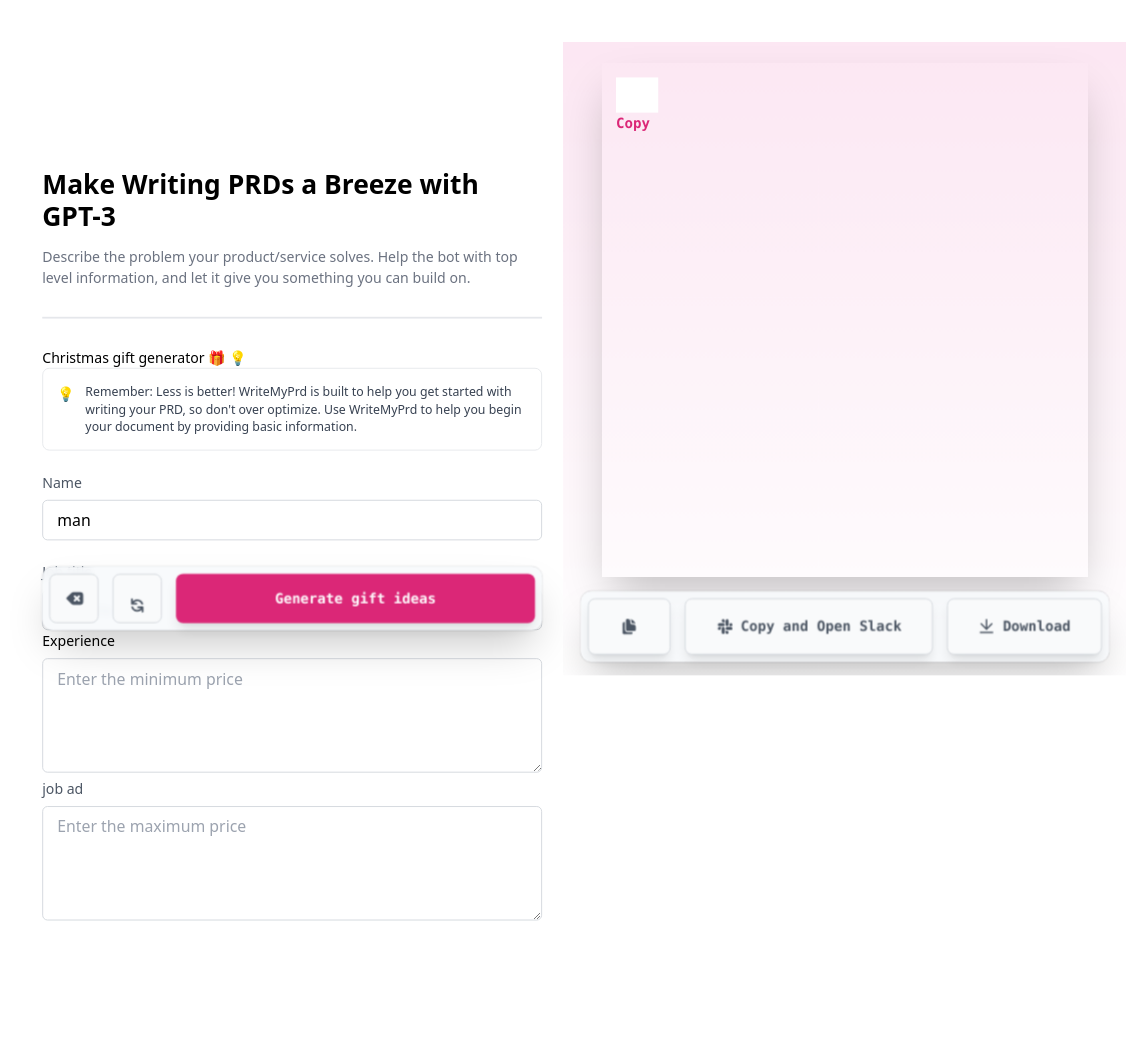
Repository: hamza-mastar/chatgpt-jpbad
Page: /
These files come from the project's save history. The page is drawn as it stood at one moment and after the next save; the edit follows.
The browser window is 1280 px wide. The pictures show the whole page, at 88% of full size.
The project was rebuilt for these pictures with package versions that can differ from the ones it lists, and the page was loaded fresh each time. The framework's server and built-in components were replaced by stand-ins that run in the browser.

Above is the page before, as saved 2023-01-30 16:39:46.

### pages/_app.js
import 'tailwindcss/tailwind.css'

import '../styles/globals.css'

export default function MyApp({ Component, pageProps }) {
  return <Component {...pageProps} />
}

### pages/index.js
import Head from 'next/head';
import React from 'react';
import { useState } from 'react';
import ReactDOM from 'react-dom';
import {CopyToClipboard} from 'react-copy-to-clipboard';

import styles from './index.module.css';


// import './gifts.css'







export default function Home() {
  const [name, setName] = useState('man');
  const [job_title, setJob_title] = useState("");
  const [experience, setExperience] = useState("");
  const [job_ad, setJob_ad] = useState("");

  const [loading, setLoading] = useState(false);

  const [result, setResult] = useState('');


  const [copy,setCopy] = useState(false)

  async function onSubmit(event) {
    event.preventDefault();
    if (loading) {
      return;
    }
    setLoading(true);
    setResult('hamza');
    const response = await fetch('/api/generate-gifts', {
      method: 'POST',
      headers: {
        'Content-Type': 'application/json',
      },
      body: JSON.stringify({ name, job_title, experience, job_ad}),
    });
    const data = await response.json();
    setResult(data.result.replaceAll('\n', '<br />'));
    setLoading(false);

  }


  return (
    <>



    <body class="h-full px-5 sm:px-6">
      <div class="flex relative sm:flex-col md: flex-col">

      <Head>
        <title>OpenAI Quickstart</title>
        <link rel="icon" href="/dog.png" />
      </Head>

      <main className={styles.main}>
     <div class="min-h-screen w-full lg:w-1/2 relative">
    <div class="h-full px-5 sm:px-6">
      <div class="h-full w-full max-w-xl mx-auto flex flex-col after:mt-auto after:flex-1">
        <header class="sm:flex-1 flex mb-auto sm:py-10 pt-6 items-center sm:justify-between flex-col sm:flex-row" >
          <div class="flex items-center justify-between h-24 md:h-20"> </div>

            {/* logo icone login  */}
            </header>
            <div class="flex-1 py-8">
           <div  class="mb-4" >
           <h1 class="text-3xl font-bold font-inter mb-2"> Make Writing PRDs a Breeze with GPT-3 </h1>
           <div class="text-gray-500 mt-4 mb-6"> Describe the problem your product/service solves. Help the bot with top level information, and let it give you something you can build on. </div>
           <div class="divide-y divide-gray-200 my-8 relative border"></div>





        <h3  >Christmas gift generator 🎁 💡</h3>
        <form  onSubmit={onSubmit} class="mb-12 relative">
        <div class="rounded-lg bg-white border p-4"><div class="flex"><div class="flex-shrink-0">💡</div><div class="ml-3 flex-1 md:flex md:justify-between"><p class="text-sm text-gray-700 font-medium"> Remember: Less is better! WriteMyPrd is built to help you get started with writing your PRD, so don't over optimize. Use WriteMyPrd to help you begin your document by providing basic information. </p></div></div></div>
        <div>
          <div class="py-6">
          <label class="relative transition text-gray-600 focus-within:text-gray-800 block" >Name</label>
          <input class="outline-none focus:outline-none text-lg bg-white rounded-md px-4 py-2 w-full border  focus:border-gray-400 border-gray-300 font-regular mt-2 transition-all undefined "
            type="text"
            name="name"
            placeholder="Enter the Name"
            value={name}
            onChange={(e) => setName(e.target.value)}
          />
          </div>


          <label class="relative transition text-gray-600 focus-within:text-gray-800 block">Job title</label>
          <input class="outline-none focus:outline-none text-lg bg-white rounded-md px-4 py-2 w-full border  focus:border-gray-400 border-gray-300 font-regular mt-2 transition-all undefined "
            type="text"
            name="job_title"
            placeholder="Job title"
            value={job_title}
            onChange={(e) => setJob_title(e.target.value)}
          />

          <label>Experience </label>
          <textarea class="form-textarea outline-none focus:outline-none text-lg bg-white rounded-md px-4 py-2 w-full border  focus:border-gray-400 border-gray-300 font-regular mt-2 transition-all undefined " rows="4"
          type="textarea"
          name="experience"
          placeholder="Enter the minimum price"
          value={experience}
          onChange={(e) => setExperience(e.target.value)} >

            </textarea>

          <label class="relative transition text-gray-600 focus-within:text-gray-800 block"> job ad</label>
          <textarea class="form-textarea outline-none focus:outline-none text-lg bg-white rounded-md px-4 py-2 w-full border  focus:border-gray-400 border-gray-300 font-regular mt-2 transition-all undefined " rows="4"
            type="text"
            name="job_ad"
            placeholder="Enter the maximum price"
            value={job_ad}
            onChange={(e) => setJob_ad(e.target.value)}
          ></textarea>


          <div class="sticky bottom-1 left-0 right-0 px-2 py-2 font-semibold text-sm text-slate-900 bg-slate-50/90 backdrop-blur-sm ring-1 ring-slate-900/10 space-x-4 rounded-xl shadow-2xl">
            <div class="flex gap-4 text-white text-sm font-bold font-mono leading-6 bg-stripes-indigo rounded-lg">
            <button id="clearAll" class="p-4 w-14 h-14 flex-none rounded-lg flex items-center justify-center bg-gray-50 border border-gray-300 text-gray-600 hover:bg-gray-100"><div tooltip="Clear All" position="top" class="w-full" data-v-47bc123b=""><svg class="w-6 h-6" fill="currentColor" viewBox="0 0 20 20" xmlns="http://www.w3.org/2000/svg"><path fill-rule="evenodd" d="M6.707 4.879A3 3 0 018.828 4H15a3 3 0 013 3v6a3 3 0 01-3 3H8.828a3 3 0 01-2.12-.879l-4.415-4.414a1 1 0 010-1.414l4.414-4.414zm4 2.414a1 1 0 00-1.414 1.414L10.586 10l-1.293 1.293a1 1 0 101.414 1.414L12 11.414l1.293 1.293a1 1 0 001.414-1.414L13.414 10l1.293-1.293a1 1 0 00-1.414-1.414L12 8.586l-1.293-1.293z" clip-rule="evenodd"></path></svg></div></button>
            <button id="re-generate-prd" class="w-14 h-14 flex-none rounded-lg flex items-center justify-center bg-gray-50 border border-gray-300 text-gray-600 hover:bg-gray-100"><div tooltip="Re-generate PRD" position="top" class="w-full" data-v-47bc123b=""><svg class="w-full mt-[30%] h-5 text-gray-600 mr-1" fill="currentColor" viewBox="0 0 20 20" xmlns="http://www.w3.org/2000/svg"><path fill-rule="evenodd" d="M4 2a1 1 0 011 1v2.101a7.002 7.002 0 0111.601 2.566 1 1 0 11-1.885.666A5.002 5.002 0 005.999 7H9a1 1 0 010 2H4a1 1 0 01-1-1V3a1 1 0 011-1zm.008 9.057a1 1 0 011.276.61A5.002 5.002 0 0014.001 13H11a1 1 0 110-2h5a1 1 0 011 1v5a1 1 0 11-2 0v-2.101a7.002 7.002 0 01-11.601-2.566 1 1 0 01.61-1.276z" clip-rule="evenodd"></path></svg></div></button>

          <input class="sm:p-4 p-3 pt-4 grow rounded-lg flex items-center justify-center bg-pink-600 hover:bg-pink-800 shadow-lg text-xs sm:text-base" type="submit" value="Generate gift ideas" />
          </div>
          </div>
          </div>
        </form>
        </div>
       </div>
        </div>
        </div>
          </div>

          {/* loging page ////////////////// */}

          <div class="relative  lg:fixed right-0 bottom-0 lg:block lg:w-1/2 overflow-hidden sm:px-5 lg:h-full h-auto  top-12">
            <div class="absolute inset-0 bg-gradient-to-b from-pink-100 to-white  -z-10" >
              <div class="relative lg:fixed right-0 bottom-0 lg:block lg:w-1/2 overflow-hidden sm:px-5 lg:h-full h-auto overflow-y-auto top-12">
                {/* <div class="h-auto"> */}
                <div class="p-6 pb-0 h-[calc(100vh-6rem)]" >
                <div class="form-textarea relative text-base  w-full p-4 px-8 overflow-scroll h-[calc(100%-1rem)] shadow-2xl flex items-center justify-center" >
                <div class="text-pink-600 font-mono text-left text-base font-semibold absolute top-4 left-4">
        {loading && (
          <div>
            <h3>Looking for the best gift ideas 🎁 💡</h3>
            <img src="/loading.gif" className={styles.loading} />
          </div>



        )}
        <div type="text" onChange={(e)=>seResult(e.target.result.replaceAll('\n', '<br/>'))}
        class="whitespace-pre-wrap text-gray-800 bg-white h-auto text-lg divide-y px-4 pt-5 pb-4 sm:p-6 sm:pb-4 "
          className={styles.result}
          dangerouslySetInnerHTML={{ __html: result }}



        />


      <CopyToClipboard text={result}
          onCopy={() =>setCopy(true)}>
           <button className={`${copy ? 'copied' : 'copy' }`}>
             {copy ? 'Copied' : "Copy"}
           </button>
        </CopyToClipboard>


        </div>

        </div>


        </div>
        <div class="sticky bottom-1 left-0 right-0 px-2 py-2 font-semibold text-sm text-slate-900 bg-slate-50/90 backdrop-blur-sm ring-1 ring-slate-900/10 space-x-4 rounded-xl shadow-2xl">
            <div class="flex gap-4 text-white text-sm font-bold font-mono leading-6 bg-stripes-indigo rounded-lg">
  <button class="grow h-16 p-0 sm:p-[1.1rem] w-20 sm:w-auto h-auto rounded-lg flex items-center justify-center bg-gray-50 border-gray-300 text-gray-600 hover:bg-gray-100 shadow-lg border"><svg xmlns="http://www.w3.org/2000/svg" viewBox="0 0 24 24" fill="currentColor" class="h-5 w-5 flex-shrink-0 text-gray-600"><path d="M7.5 3.375c0-1.036.84-1.875 1.875-1.875h.375a3.75 3.75 0 013.75 3.75v1.875C13.5 8.161 14.34 9 15.375 9h1.875A3.75 3.75 0 0121 12.75v3.375C21 17.16 20.16 18 19.125 18h-9.75A1.875 1.875 0 017.5 16.125V3.375z"></path><path d="M15 5.25a5.23 5.23 0 00-1.279-3.434 9.768 9.768 0 016.963 6.963A5.23 5.23 0 0017.25 7.5h-1.875A.375.375 0 0115 7.125V5.25zM4.875 6H6v10.125A3.375 3.375 0 009.375 19.5H16.5v1.125c0 1.035-.84 1.875-1.875 1.875h-9.75A1.875 1.875 0 013 20.625V7.875C3 6.839 3.84 6 4.875 6z"></path></svg>
  </button>
  <button class="p-4 grow w-auto h-16 rounded-lg flex items-center justify-center bg-gray-50 border border-gray-300 text-gray-600 hover:bg-gray-100 shadow-lg text-xs sm:text-base"><svg fill="currentColor" class="h-5 w-5 flex-shrink-0 text-gray-600 mr-2" viewBox="0 0 24 24" xmlns="http://www.w3.org/2000/svg"><path d="M6.194 14.644c0 1.16-.943 2.107-2.103 2.107a2.11 2.11 0 0 1-2.104-2.107 2.11 2.11 0 0 1 2.104-2.106h2.103v2.106zm1.061 0c0-1.16.944-2.106 2.104-2.106a2.11 2.11 0 0 1 2.103 2.106v5.274a2.11 2.11 0 0 1-2.103 2.106 2.108 2.108 0 0 1-2.104-2.106v-5.274zm2.104-8.455c-1.16 0-2.104-.948-2.104-2.107s.944-2.106 2.104-2.106a2.11 2.11 0 0 1 2.103 2.106v2.107H9.359zm0 1.06a2.11 2.11 0 0 1 2.103 2.107 2.11 2.11 0 0 1-2.103 2.106H4.092a2.11 2.11 0 0 1-2.104-2.106 2.11 2.11 0 0 1 2.104-2.107h5.267zm8.447 2.107c0-1.16.943-2.107 2.103-2.107a2.11 2.11 0 0 1 2.104 2.107 2.11 2.11 0 0 1-2.104 2.106h-2.103V9.356zm-1.061 0c0 1.16-.944 2.106-2.104 2.106a2.11 2.11 0 0 1-2.103-2.106V4.082a2.11 2.11 0 0 1 2.103-2.106c1.16 0 2.104.946 2.104 2.106v5.274zm-2.104 8.455c1.16 0 2.104.948 2.104 2.107s-.944 2.106-2.104 2.106a2.11 2.11 0 0 1-2.103-2.106v-2.107h2.103zm0-1.06a2.11 2.11 0 0 1-2.103-2.107 2.11 2.11 0 0 1 2.103-2.106h5.268a2.11 2.11 0 0 1 2.104 2.106 2.11 2.11 0 0 1-2.104 2.107h-5.268z"></path></svg> Copy and Open Slack </button>
  <button class="p-4 grow w-auto h-16 rounded-lg flex items-center justify-center bg-gray-50 border border-gray-300 text-gray-600 hover:bg-gray-100 shadow-lg text-xs sm:text-base"><svg class="h-5 w-5 flex-shrink-0 text-gray-600 fill-gray-600 mr-2" xmlns="http://www.w3.org/2000/svg" viewBox="0 0 24 24"><path fill="none" d="M0 0h24v24H0z"></path><path d="M3 19h18v2H3v-2zm10-5.828L19.071 7.1l1.414 1.414L12 17 3.515 8.515 4.929 7.1 11 13.17V2h2v11.172z"></path></svg> Download </button></div></div>
        </div>
        </div>
        </div>
        {/* </div> */}

      </main>
      </div>

      </body>


    </>
  );
}
// Name Job_title Experience job_ad

### pages/index.module.css


@font-face {
  font-family: "ColfaxAI";
  src: url(https://cdn.openai.com/API/fonts/ColfaxAIRegular.woff2)
      format("woff2"),
    url(https://cdn.openai.com/API/fonts/ColfaxAIRegular.woff) format("woff");
  font-weight: normal;
  font-style: normal;
}
@font-face {
  font-family: "ColfaxAI";
  src: url(https://cdn.openai.com/API/fonts/ColfaxAIBold.woff2) format("woff2"),
    url(https://cdn.openai.com/API/fonts/ColfaxAIBold.woff) format("woff");
  font-weight: bold;
  font-style: normal;
}
/* .main,
.main input {
  font-size: 16px;
  line-height: 24px;
  color: #353740;
  font-family: "ColfaxAI", Helvetica, sans-serif;
}
.main {
  display: flex;
  flex-direction: column;
  align-items: center;
  padding-top: 60px;
}
.main .icon {
  width: 34px;
}
.main h3 {
  font-size: 32px;
  line-height: 40px;
  font-weight: bold;
  color: #202123;
  margin: 16px 0 40px;
}
.main form {
  display: flex;
  flex-direction: column;
  width: 320px;
}
.main input[type="text"] {
  padding: 12px 16px;
  border: 1px solid #10a37f;
  border-radius: 4px;
  margin-bottom: 24px;
  outline-color: #10a37f;
}
.main ::placeholder {
  color: #8e8ea0;
  opacity: 1;
}
.main input[type="submit"] {
  padding: 12px 0;
  color: #fff;
  background-color: #10a37f;
  border: none;
  border-radius: 4px;
  text-align: center;
  cursor: pointer;
}
.main .result {
  padding: 100px;
  font-weight: bold;
  margin-top: 40px;
  position:absolute;
  display: flex;
  justify-content: end;
} */

.main .loading {
  width: 50;
}

/* .main input[type="text"],
.main input[type="number"],
.main select {
  padding: 12px 16px;
  border: 1px solid #10a37f;
  border-radius: 4px;
  margin-bottom: 12px;
  margin-top: 4px;
}
.hamza {
  background-color: #10a37f;
} */






.relative {
  position: relative;
}

.nano {
  background-color: white;
  color: black;
  display: flex;
  overflow: scroll;
}

.form-textarea{
  border-width: 1px;
  --tw-border-opacity: 1;
  border-color: rgb(209 213 219 / var(--tw-border-opacity));
  --tw-bg-opacity: 1;
  background-color: rgb(255 255 255 / var(--tw-bg-opacity));
  height: 600px;
  width: 600px;
}

.texxt-base {
  font-size: 18px;
  line-height: 1.5;
  letter-spacing: -.01em;
  color: black

}
.typed {
  color: #1f2937;
  white-space: break-spaces;
  font-size: 100px;
}
@media only screen and (max-width: 600px) {
  .goho {
    width: auto;
    display: flex;
    justify-content:center ;

  }
}

Loaded but not shown: styles/globals.css (common file); tailwind.config.js (common file)

After the next save:
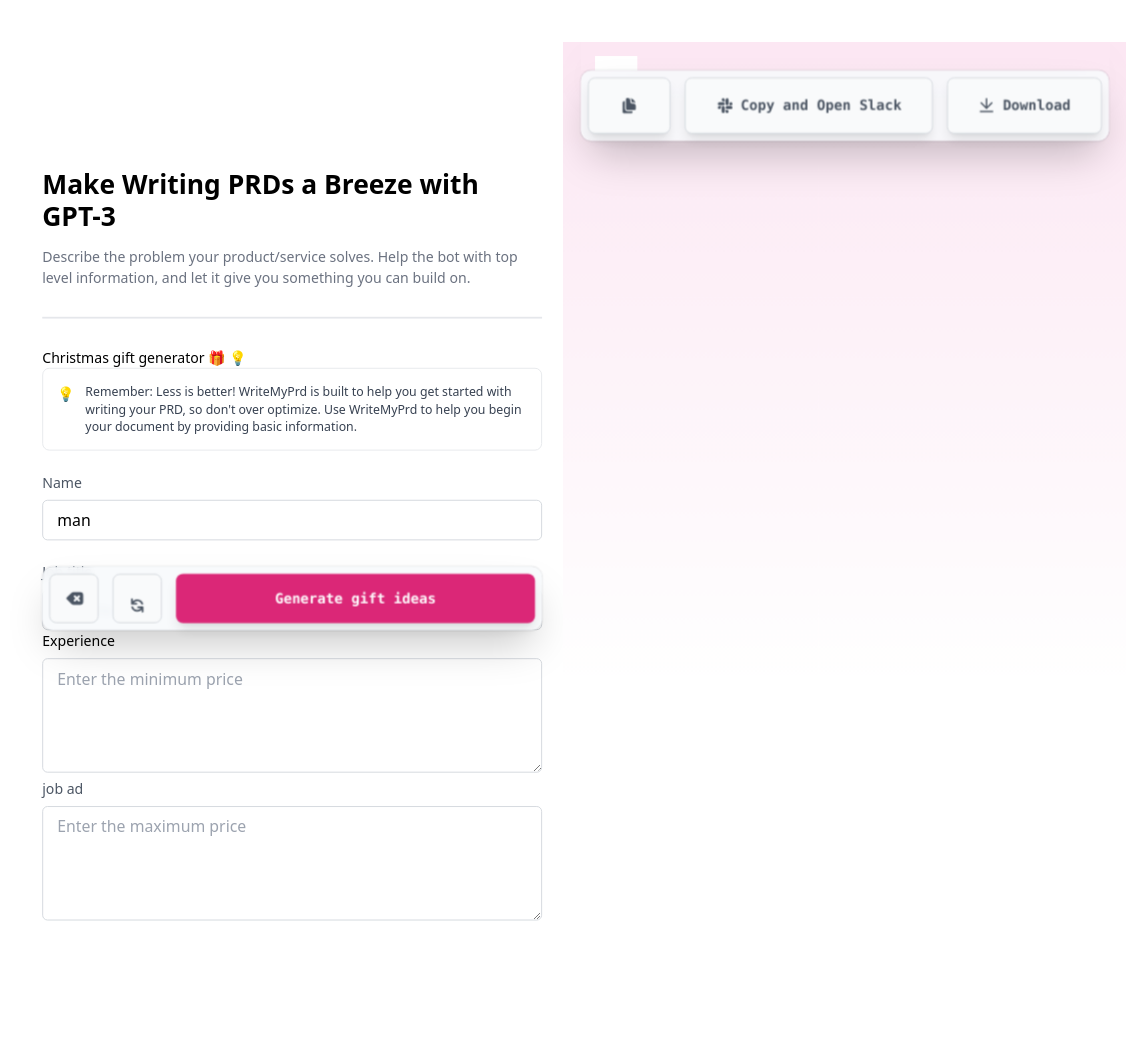
Saved 10 s later.
--- a/pages/index.js
+++ b/pages/index.js
@@ -147,8 +147,8 @@
           <div class="relative  lg:fixed right-0 bottom-0 lg:block lg:w-1/2 overflow-hidden sm:px-5 lg:h-full h-auto  top-12">
             <div class="absolute inset-0 bg-gradient-to-b from-pink-100 to-white  -z-10" >
               <div class="relative lg:fixed right-0 bottom-0 lg:block lg:w-1/2 overflow-hidden sm:px-5 lg:h-full h-auto overflow-y-auto top-12">
-                {/* <div class="h-auto"> */}
-                <div class="p-6 pb-0 h-[calc(100vh-6rem)]" >
+                <div class="h-auto">
+                {/* <div class="p-6 pb-0 h-[calc(100vh-6rem)]" > */}
                 <div class="form-textarea relative text-base  w-full p-4 px-8 overflow-scroll h-[calc(100%-1rem)] shadow-2xl flex items-center justify-center" >
                 <div class="text-pink-600 font-mono text-left text-base font-semibold absolute top-4 left-4">
         {loading && (
